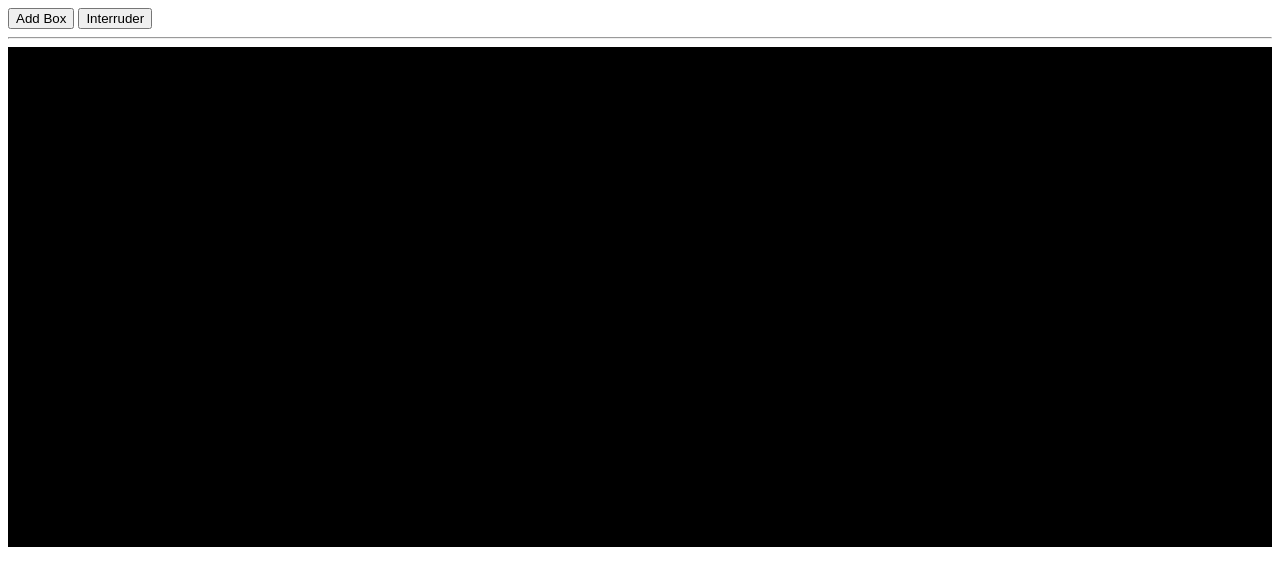
Repository: PankajSutharPersistent/vm-backup
Page: workspaceJavaScript/JSDemo/step-20.html
The author's editor kept a copy of each file at every save. The page is drawn from the files as they stood at one save, then again after the next save.
The browser window is 1280 px wide. The pictures show the whole page.

Above is the page before, as saved 2016-12-30 05:30:58.

After the next save:
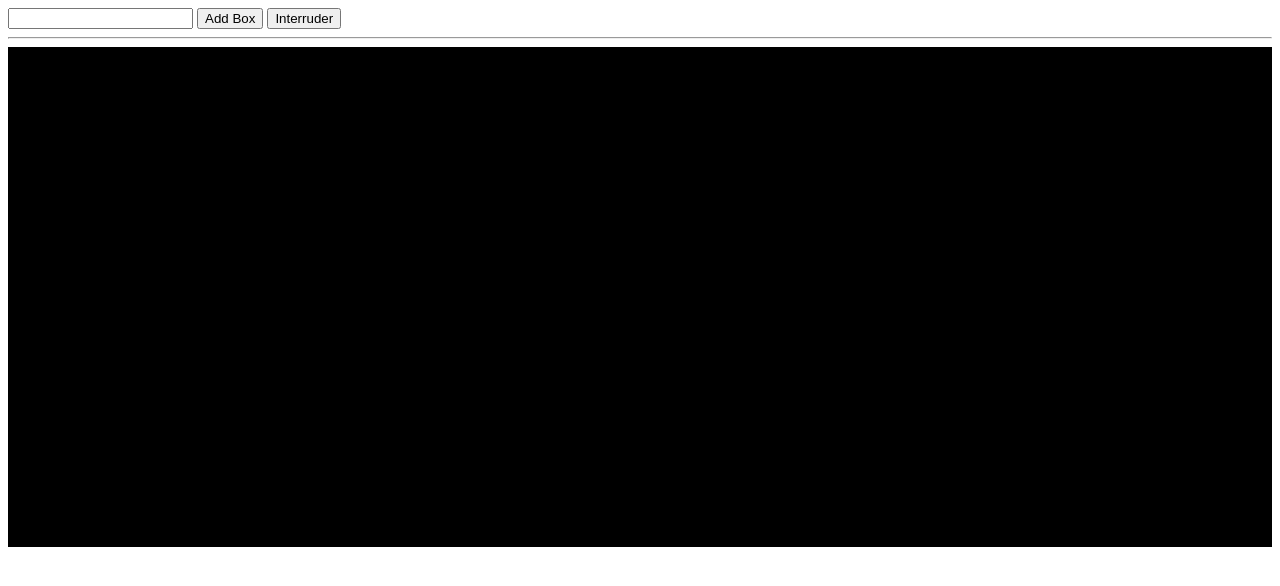
Saved 6 min 57 s later.
--- a/workspaceJavaScript/JSDemo/step-20.html
+++ b/workspaceJavaScript/JSDemo/step-20.html
@@ -35,6 +35,7 @@
 	</script>
 </head>
 <body>
+	<input type="text" id="colorType"/>
 	<button id="addButton">Add Box</button>
 	<button id="intruder">Interruder</button>
 	<hr />
